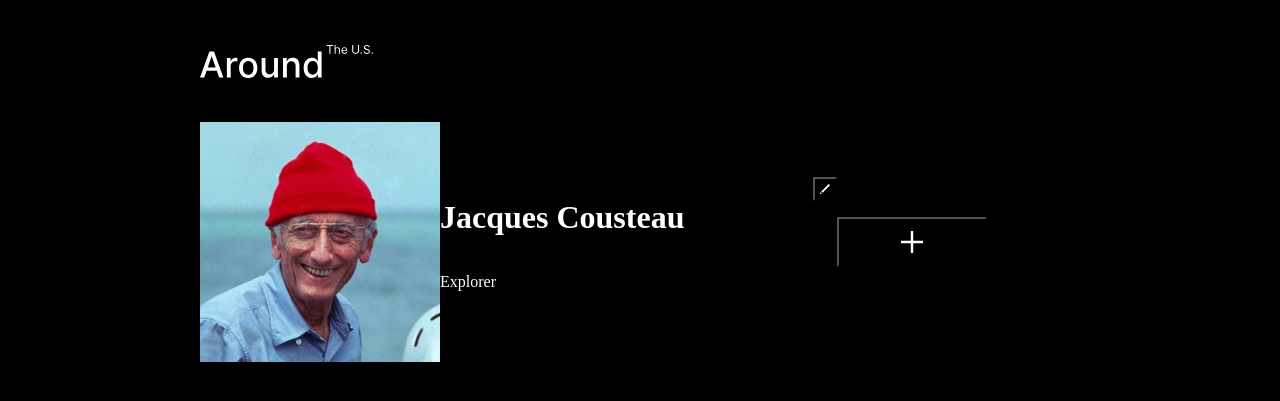
Repository: al-XLeMEsTRE/Around-The-U.S
Page: index.html
The author's editor kept a copy of each file at every save. The page is drawn from the files as they stood at one save, then again after the next save.
The browser window is 1280 px wide. The pictures show the whole page.

Above is the page before, as saved 2023-12-12 15:36:35.

### index.html
<!DOCTYPE html>
<html lang="en">
  <head>
    <meta charset="UTF-8" />
    <meta name="viewport" content="width=device-width, initial-scale=1" />
    <meta name="author" content="Gregory Alexandre" />
    <meta
      name="description"
      content="Discover breathtaking landscapes across the U.S. with our travel guide inspired by the legendary explorer Jacques Cousteau. Explore Yosemite Valley, Lake Louise, and the Bald Mountains."
    />
    <meta
      name="keywords"
      content="Jacques Cousteau, explorer, exploration, travel, adventure, nature, landscapes, Yosemite Valley, Lake Louise, Bald Mountains, scenic views, national parks, outdoor photography, travel inspiration"
    />
    <title>Around the U.S</title>
    <link rel="shortcut icon" href="./favicon.ico" />
    <link rel="stylesheet" type="text/css" href="./pages/index.css" />
    <!-- Additional tags such as Open Graph and Twitter cards can be added here for social media optimization -->
    <!-- Open Graph meta tags -->
    <meta
      property="og:title"
      content="Explore with Jacques Cousteau | U.S. Landscapes"
    />
    <meta
      property="og:description"
      content="Join the journey through the most picturesque landscapes of the U.S., following in the footsteps of Jacques Cousteau."
    />
    <meta property="og:image" content="./images/og-image.jpg" />
    <meta property="og:type" content="website" />
  </head>

  <body class="page">
    <div class="content">
      <header class="header">
        <img
          src="./images/jacques-cousteau.svg"
          alt="logo"
          class="header__logo"
        />
      </header>
      <main class="main">
        <section class="profile">
          <img
            class="profile__avatar"
            src="./images/jacques-cousteau.jpg"
            alt="avatar"
          />
          <div class="profile__info">
            <h1 class="profile__title">Jacques Cousteau</h1>
            <button class="profile__edit-button" type="button"></button>
            <p class="profile__subtitle">Explorer</p>
          </div>
          <button class="profile__add-button"></button>
        </section>
      </main>
    </div>
  </body>
</html>

### pages/index.css
@import url("../vendor/normalize.css");
@import url("../vendor/fonts.css");
@import url("../blocks/page.css");
@import url("../blocks/header.css");
@import url("../blocks/content.css");
@import url("../blocks/profile.css");
@import url("../blocks/footer.css");
@import url("../blocks/card.css");
@import url("../blocks/cards.css");

### vendor/fonts.css
@font-face {
  font-family: "Inter";
  font-style: normal;
  font-weight: 400;
  font-display: swap;
  src: url("./fonts/Inter-Regular.woff2") format("woff2");
}

@font-face {
  font-family: "Inter";
  font-style: normal;
  font-weight: 500;
  font-display: swap;
  src: url("./fonts/Inter-Medium.woff2") format("woff2");
}

@font-face {
  font-family: "Inter";
  font-style: normal;
  font-weight: 800;
  font-display: swap;
  src: url("./fonts/Inter-ExtraBold.woff2") format("woff2");
}

### blocks/page.css
.page {
  background-color: black;
  color: white;
}

.content {
  margin-left: 200px;
  margin-right: 200px;
}
.header {
  margin-top: 45px;
  width: 880px;
}
.profile {
  display: flex;
  align-items: center;
  padding-top: 40px;
}
.profile__info {
  display: grid;
  grid-template-areas:
    "title button" x
    "description description";
  grid-template-columns: minmax(auto, 373px) auto;
}
.profile__edit-button {
  background: transparent url(../images/edit-button.svg) center no-repeat;
  height: 24px;
  width: 24px;
}

.profile__add-button {
  background: transparent url(../images/add-button.svg) center no-repeat;
  width: 150px;
  height: 50px;
}

Loaded but not shown: vendor/normalize.css (library); blocks/header.css (no stored copy; drawn as an empty file); blocks/content.css (no stored copy; drawn as an empty file); blocks/profile.css (no stored copy; drawn as an empty file); blocks/footer.css (no stored copy; drawn as an empty file); blocks/card.css (no stored copy; drawn as an empty file); blocks/cards.css (no stored copy; drawn as an empty file)

After the next save:
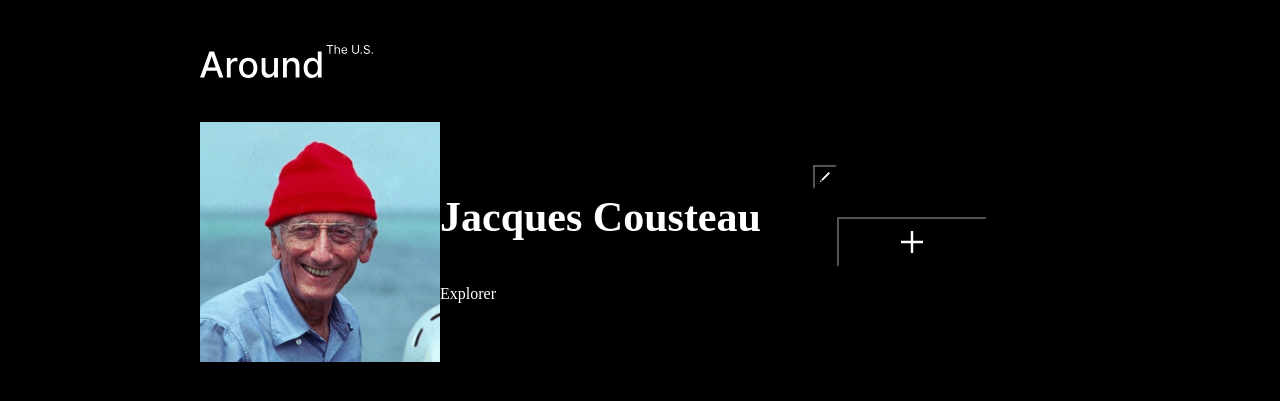
Saved 104 s later.
--- a/blocks/page.css
+++ b/blocks/page.css
@@ -34,3 +34,7 @@
   width: 150px;
   height: 50px;
 }
+.profile__title {
+  font-size: 42px;
+  line-height: 48px;
+}
